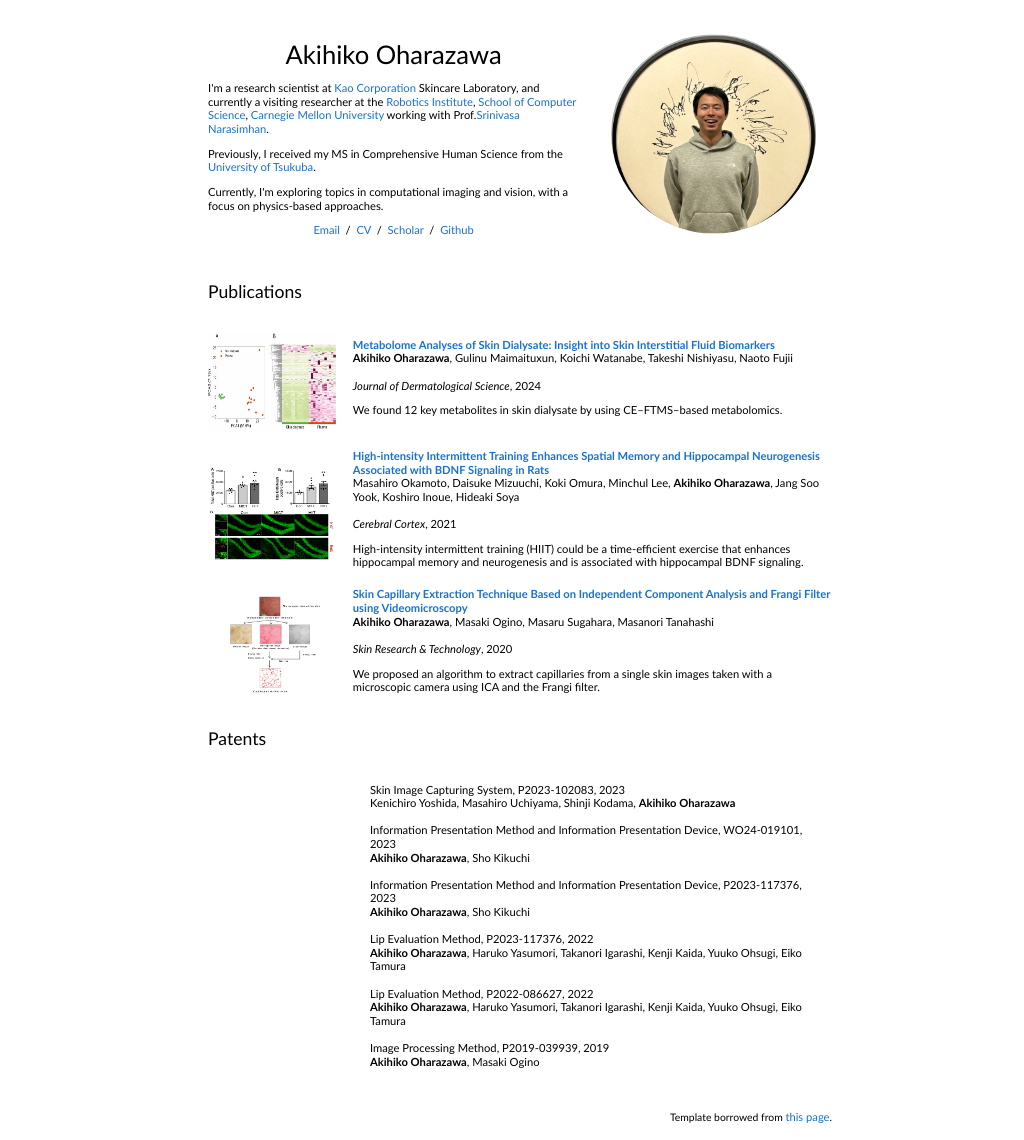
Repository: akihikooharazawa/akihikooharazawa.github.io
Page: index.html
The author's editor kept a copy of each file at every save. The page is drawn from the files as they stood at one save, then again after the next save.
The browser window is 1280 px wide. The pictures show the whole page, at 80% of full size.

Above is the page before, as saved 2025-07-25 10:58:58.

After the next save:
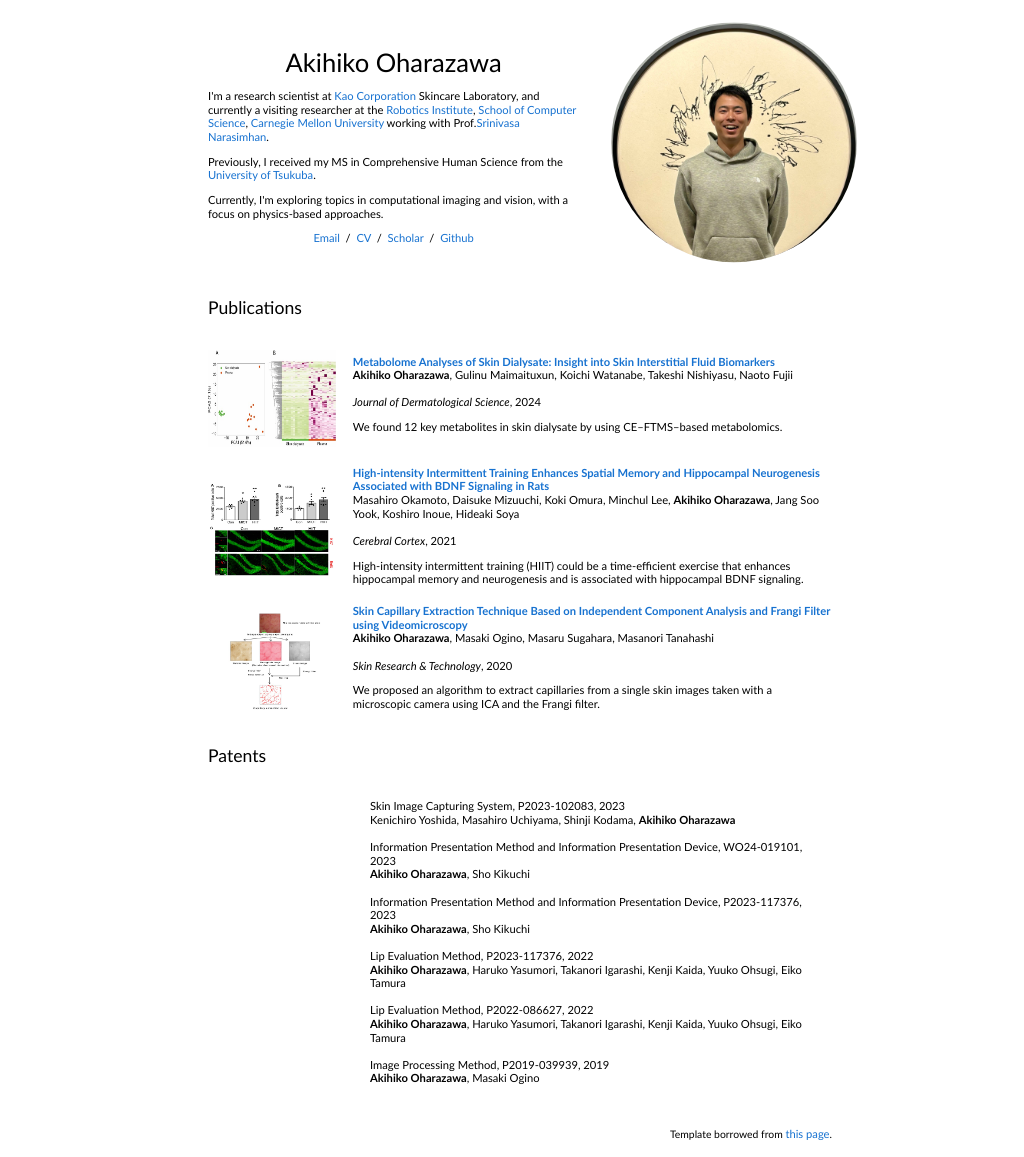
Saved 5 s later.
--- a/index.html
+++ b/index.html
@@ -50,7 +50,7 @@
                 </p>
               </td>
               <td style="padding:2.5%;width:40%;max-width:40%">
-                <a href="images/AkiOharazawa.jpg"><img style="width:120%;max-width:100%;object-fit: cover; border-radius: 50%;" alt="profile photo" src="images/AkiOharazawa.jpg" class="hoverZoomLink"></a>
+                <a href="images/AkiOharazawa.jpg"><img style="width:120%;max-width:120%;object-fit: cover; border-radius: 50%;" alt="profile photo" src="images/AkiOharazawa.jpg" class="hoverZoomLink"></a>
               </td>
             </tr>
           </tbody></table>

After the save that followed:
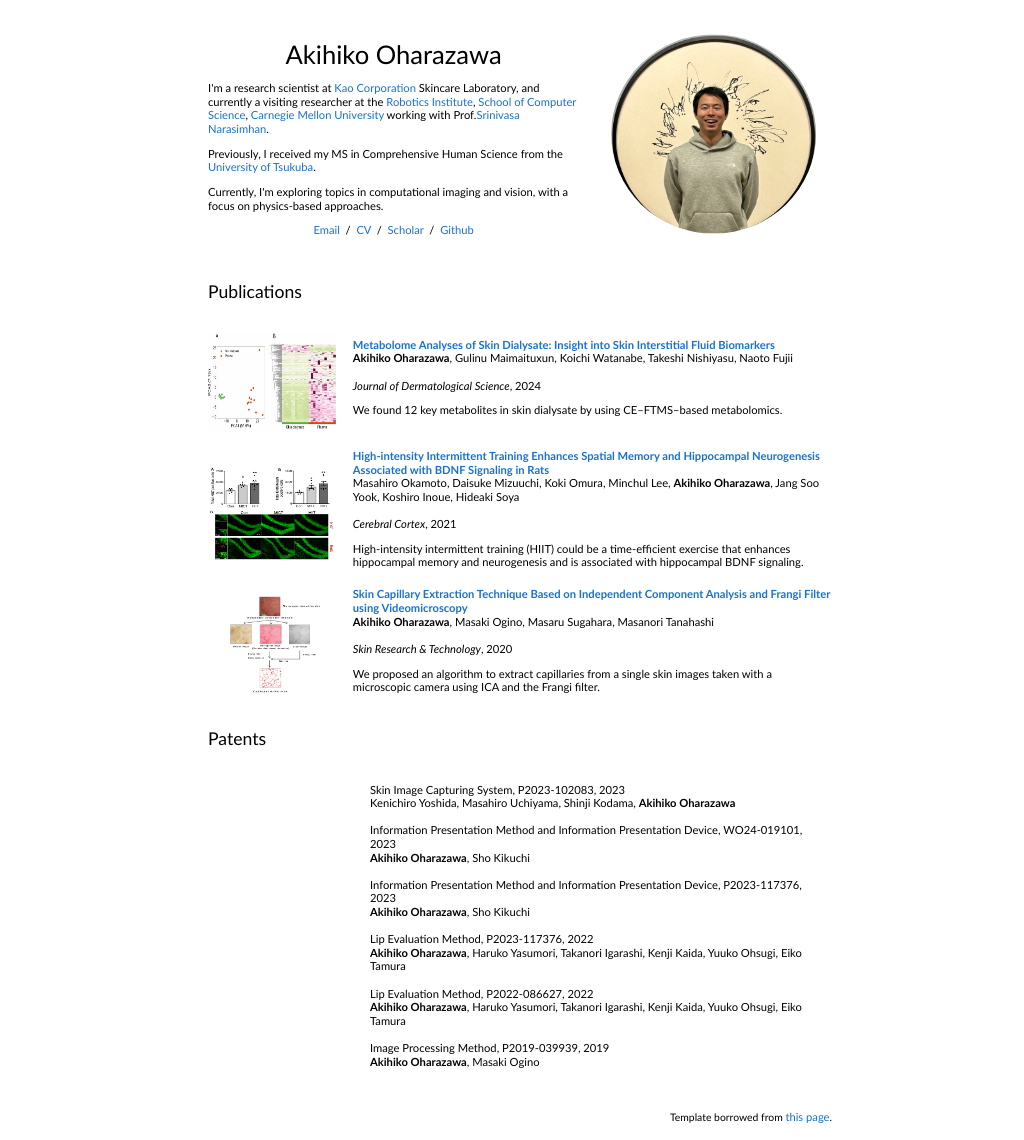
Saved 4 s later.
--- a/index.html
+++ b/index.html
@@ -50,7 +50,7 @@
                 </p>
               </td>
               <td style="padding:2.5%;width:40%;max-width:40%">
-                <a href="images/AkiOharazawa.jpg"><img style="width:120%;max-width:120%;object-fit: cover; border-radius: 50%;" alt="profile photo" src="images/AkiOharazawa.jpg" class="hoverZoomLink"></a>
+                <a href="images/AkiOharazawa.jpg"><img style="width:100%;max-width:100%;object-fit: cover; border-radius: 50%;" alt="profile photo" src="images/AkiOharazawa.jpg" class="hoverZoomLink"></a>
               </td>
             </tr>
           </tbody></table>
